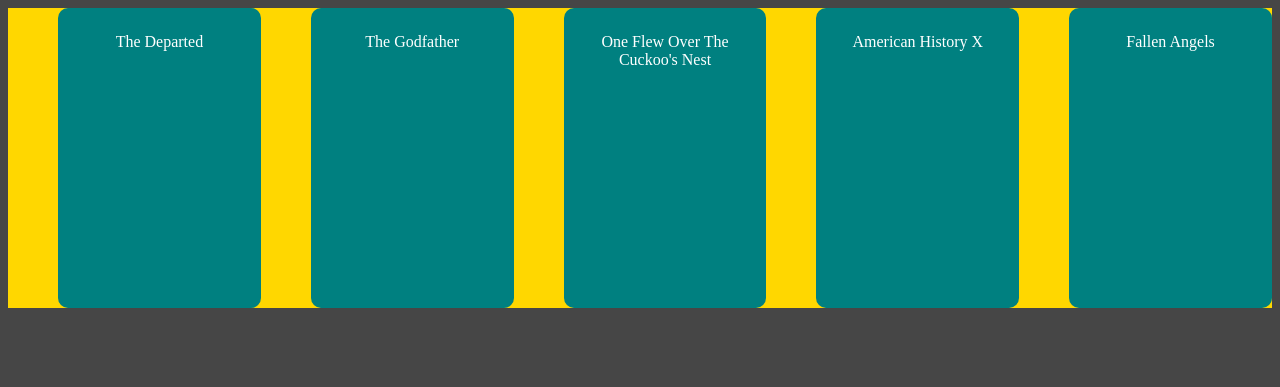
Repository: nishit47/merofilmrecs
Page: web_dev/tiles.html
The author's editor kept a copy of each file at every save. The page is drawn from the files as they stood at one save, then again after the next save.
The browser window is 1280 px wide. The pictures show the whole page.

Above is the page before, as saved 2021-10-06 15:07:52.

After the next save:
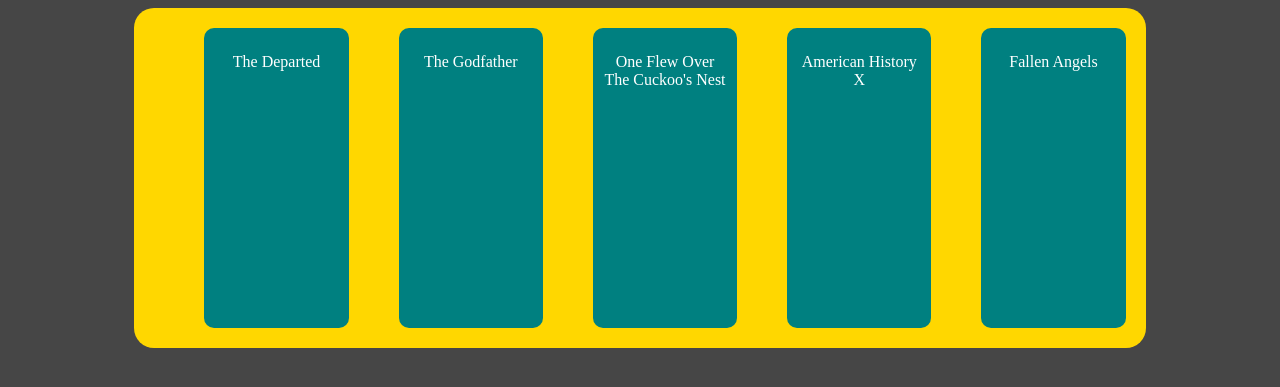
Saved 22 s later.
--- a/web_dev/styling.css
+++ b/web_dev/styling.css
@@ -30,7 +30,7 @@
 h1{
     text-align: center;
 }
-.movie{
+.movie, .movietiles{
     border:black;
     border-radius: 20px;
     background-color: rgb(56, 56, 56);
